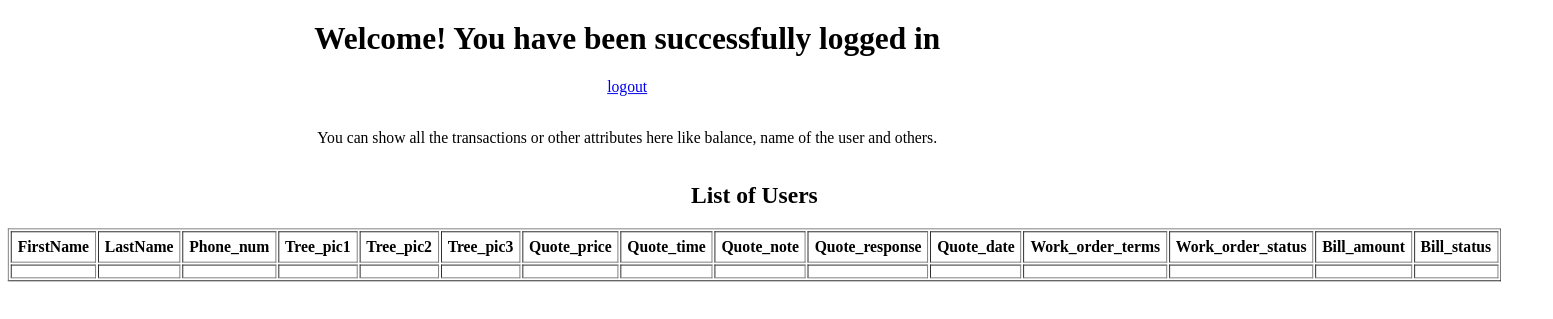
Repository: jacknishanian/Database-project
Page: http://localhost/database/activitypage.jsp
The author's editor kept a copy of each file at every save. The page is drawn from the files as they stood at one save, then again after the next save.
The browser window is 1280 px wide. The page is 1532 px wide, then 1585 px, so the pictures cover 1585 px, including what lies to the right of the window. The pictures show the whole page, at 98% of full size.
The page is served by Tomcat 9. Other server files are loaded and not shown.

Above is the page before, as saved 2023-10-18 17:28:06.

### database/WebContent/activitypage.jsp
<%@ page language="java" contentType="text/html; charset=ISO-8859-1"
    pageEncoding="ISO-8859-1"%>
<%@ taglib uri="http://java.sun.com/jsp/jstl/core" prefix="c" %>

<!DOCTYPE html>
<html>
<head>
<meta charset="ISO-8859-1">
<title>Activity page</title>
</head>

<center><h1>Welcome! You have been successfully logged in</h1> </center>


	<body>
	 <center>
		 <a href="login.jsp"target ="_self" > logout</a><br><br>
		 <p> You can show all the transactions or other attributes here like balance, name of the user and others.</p>




            <table border="1" cellpadding="6">
            <caption><h2>List of Users</h2></caption>
            <tr>

				<th>FirstName</th>
				<th>LastName</th>
				<th>Phone_num</th>
				<th>Tree_pic1</th>
				<th>Tree_pic2</th>
				<th>Tree_pic3</th>
				<th>Quote_price</th>
				<th>Quote_time</th>
				<th>Quote_note</th>
				<th>Quote_response</th>
				<th>Quote_date</th>
				<th>Work_order_terms</th>
				<th>Work_order_status</th>
				<th>Bill_amount</th>
				<th>Bill_status</th>
            </tr>


            <tr style="text-align:center">

                    <td><c:out value="${user.firstName}" /></td>
                    <td><c:out value="${user.lastName}" /></td>
                    <td><c:out value="${user.phone_num}" /></td>
                    <td><c:out value="${user.tree_pic1}" /></td>
                    <td><c:out value="${user.tree_pic2}" /></td>
                    <td><c:out value="${user.tree_pic3}" /></td>
                    <td><c:out value="${user.quote_price}"/></td>
                    <td><c:out value="${user.quote_time}" /></td>
                    <td><c:out value="${user.quote_note}"/></td>
                    <td><c:out value="${user.quote_response}" /></td>
                    <td><c:out value="${user.quote_date}" /></td>
                    <td><c:out value="${user.work_order_terms}" /></td>
                    <td><c:out value="${user.work_order_status}"/></td>
                    <td><c:out value="${user.bill_amount}" /></td>
                    <td><c:out value="${user.bill_status}" /></td>



        </table>

		 </center>
	</body>
</html>

After the next save:
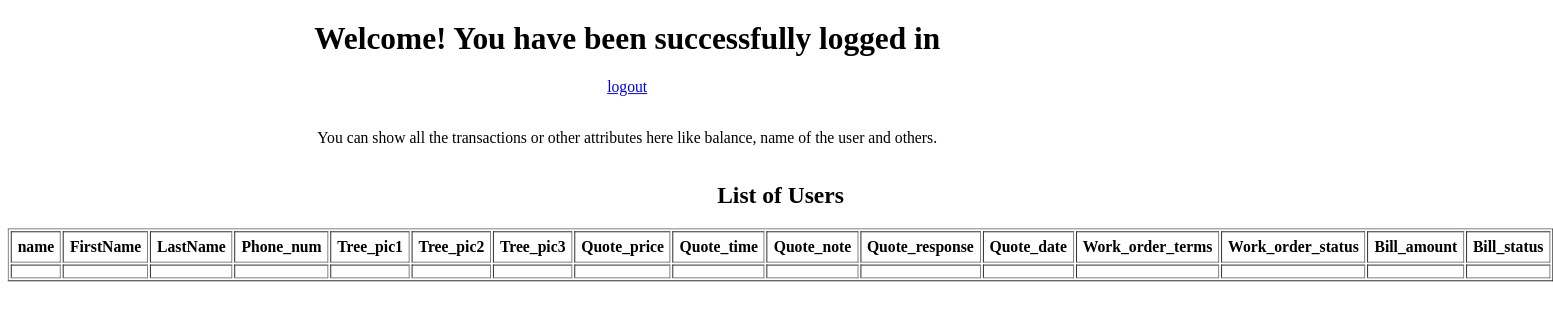
Saved 2 min 42 s later.
--- a/database/WebContent/activitypage.jsp
+++ b/database/WebContent/activitypage.jsp
@@ -23,7 +23,7 @@
             <table border="1" cellpadding="6">
             <caption><h2>List of Users</h2></caption>
             <tr>
-
+				<th>name</th>
 				<th>FirstName</th>
 				<th>LastName</th>
 				<th>Phone_num</th>
@@ -44,6 +44,7 @@
 
             <tr style="text-align:center">
 
+                    <td><c:out value="${user.firstName}" /><c:out value="${' '}" /> <c:out value="${user.lastName}" /></td>
                     <td><c:out value="${user.firstName}" /></td>
                     <td><c:out value="${user.lastName}" /></td>
                     <td><c:out value="${user.phone_num}" /></td>
